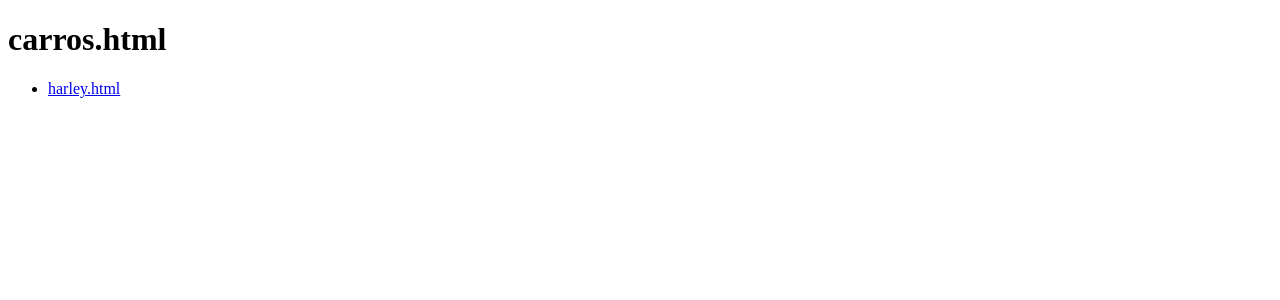
Repository: joao-laercio/DevWeb_BackEnd
Page: index.html/motos.html/motos.html
The author's editor kept a copy of each file at every save. The page is drawn from the files as they stood at one save, then again after the next save.
The browser window is 1280 px wide. The pictures show the whole page.

Above is the page before, as saved 2022-07-06 15:31:39.

After the next save:
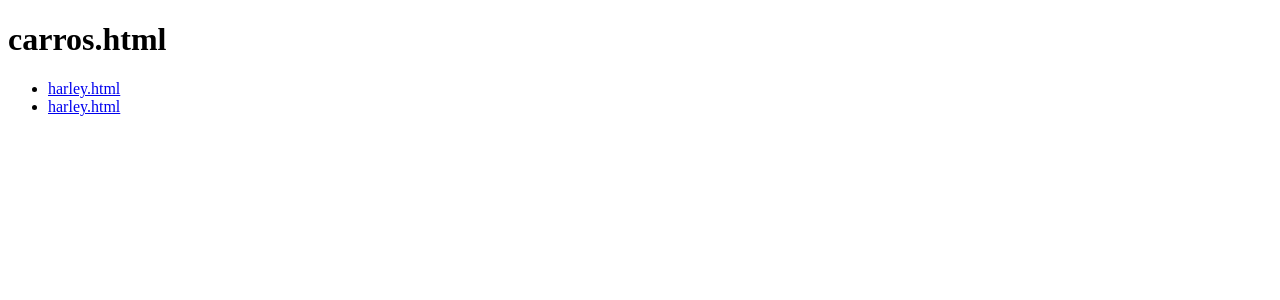
Saved 19 s later.
--- a/index.html/motos.html/motos.html
+++ b/index.html/motos.html/motos.html
@@ -17,7 +17,7 @@
          <span> <em> </em></span>
          <ul>
              <li><a href="harley.html/harley.html">harley.html</a></li>
-
+             <li><a href="harley.html/harley.html">harley.html</a></li>
 
          </ul>
 
